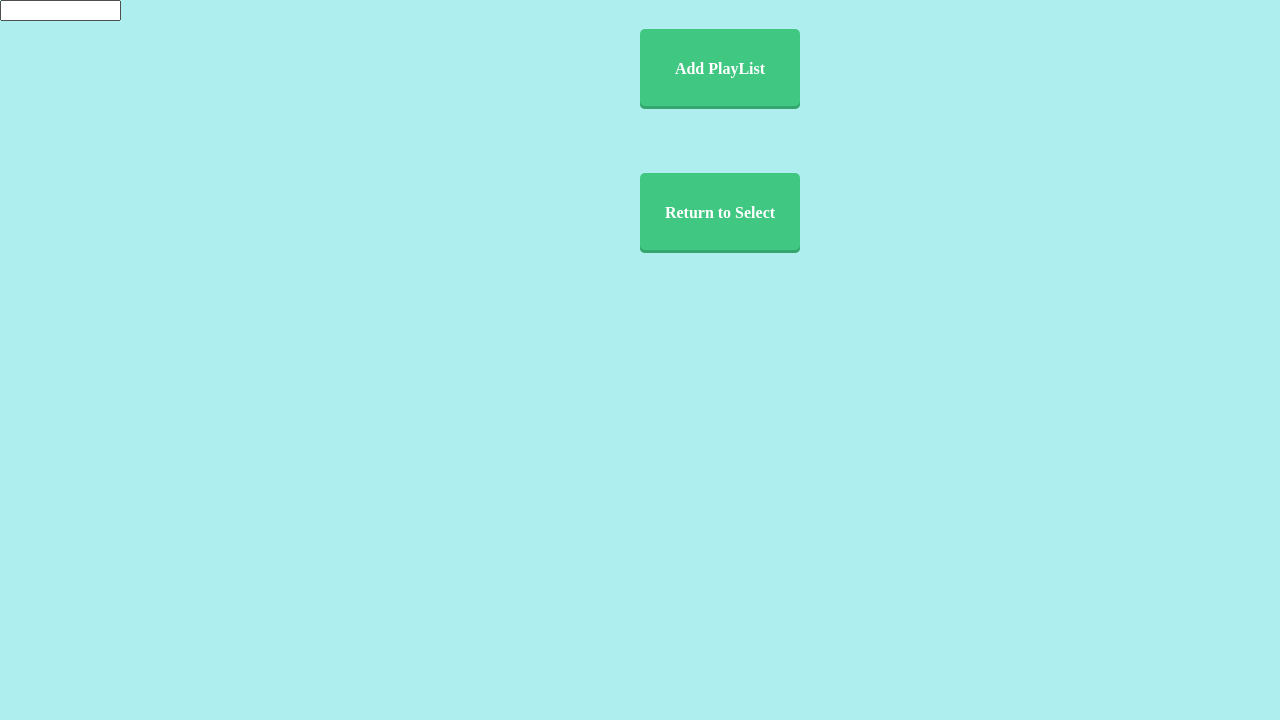
Repository: Artem-Brunov/msu_prac
Page: workspace/BasicUI/NewPlayList.html
These files come from the project's save history. The page is drawn as it stood at one moment and after the next save; the edit follows.
The browser window is 1280 px wide. The pictures show the whole page.

Above is the page before, as saved 2017-11-19 21:08:37.

### workspace/BasicUI/NewPlayList.html
<!DOCTYPE html>
<html>
<head>
    <meta charset="utf-8" />
    <meta name="viewport" content="width=device-width, initial-scale=1.0, maximum-scale=1.0">
    <meta name="description" content="Tizen Mobile Web Basic Template" />

    <title>Tizen Mobile Web Basic Application</title>
    <link rel="stylesheet" type="text/css" href="css/NewPlaylist.css" />
    <link rel="stylesheet" type="text/css" href="css/style.css" />
</head>
<body>
	<input type="text" size="12">
	<div class = "Return">
		<a href = "index.html" class = "first_button">Return to Select</a>
	</div>
	<div class = "Add">
		<a href = "" class = "first_button">Add PlayList</a>
	</div>
</body>
</html>

### workspace/BasicUI/css/NewPlaylist.css
.Return {
	position: absolute;
  	top: 24%;
  	left:50%;

}
.Add {
	position: absolute;
  	top: 4%;
  	left: 50%;
}

### workspace/BasicUI/css/style.css
html,
body {
    width: 100%;
    height: 100%;
    margin: 0 auto;
    padding: 0;
    background: PaleTurquoise;
 }
 .titl{

 	position: absolute;
 	left: 25.5%;
 	top: 10%;
 	color: Gray;
 }
 a.first_button {

	display: block;
	width: 160px;
	height: 80px;
  	line-height: 5em;
	border-radius: 5px;
 	background: rgb(64,199,129);
	box-shadow: 0 -3px rgb(53,167,110) inset;
	font-weight: 900;
  	color: white;
  	text-align: center;
  	text-decoration: none;
  	transition: 0.2s;
}
a.first_button:hover { background: rgb(53, 167, 110); }
a.first_button:active {
  background: rgb(33,147,90);
  box-shadow: 0 3px rgb(33,147,90) inset;
}
.New {
	position: absolute;
  	top: 47%;
  	left: 28%;

}
.Select {
	position: absolute;
  	top: 64%;
  	left: 28%;

}
.FastPlay {
	position: absolute;
  	top: 30%;
  	left: 28%;

}

After the next save:
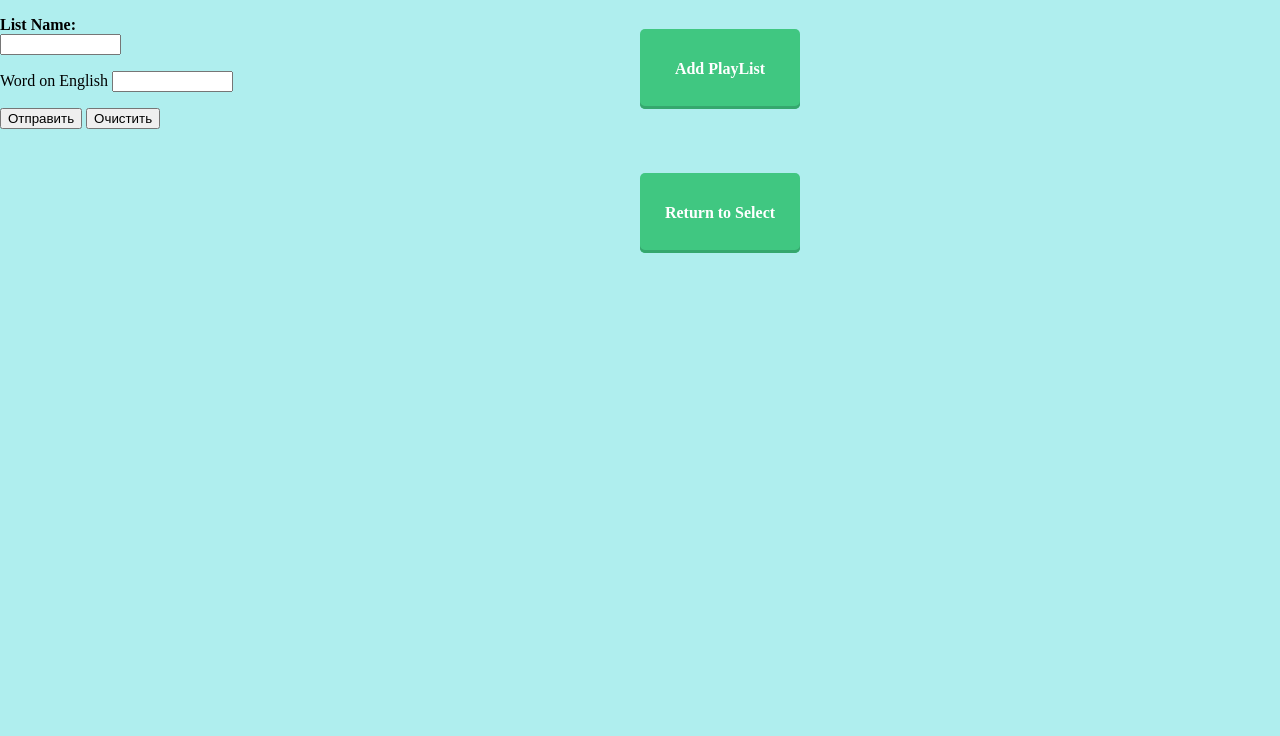
Saved 6 min 53 s later.
--- a/workspace/BasicUI/NewPlayList.html
+++ b/workspace/BasicUI/NewPlayList.html
@@ -10,7 +10,18 @@
     <link rel="stylesheet" type="text/css" href="css/style.css" />
 </head>
 <body>
-	<input type="text" size="12">
+	<form name="test" method="post" action="input1.php">
+  		<p><b>List Name:</b><br>
+   			<input type="text" size="12">
+  		</p>
+
+  		<p>Word on English
+  			 <input type="text" size="12">
+  		</p>
+  		<p><input type="submit" value="Отправить">
+   		<input type="reset" value="Очистить"></p>
+ 	</form>
+
 	<div class = "Return">
 		<a href = "index.html" class = "first_button">Return to Select</a>
 	</div>
